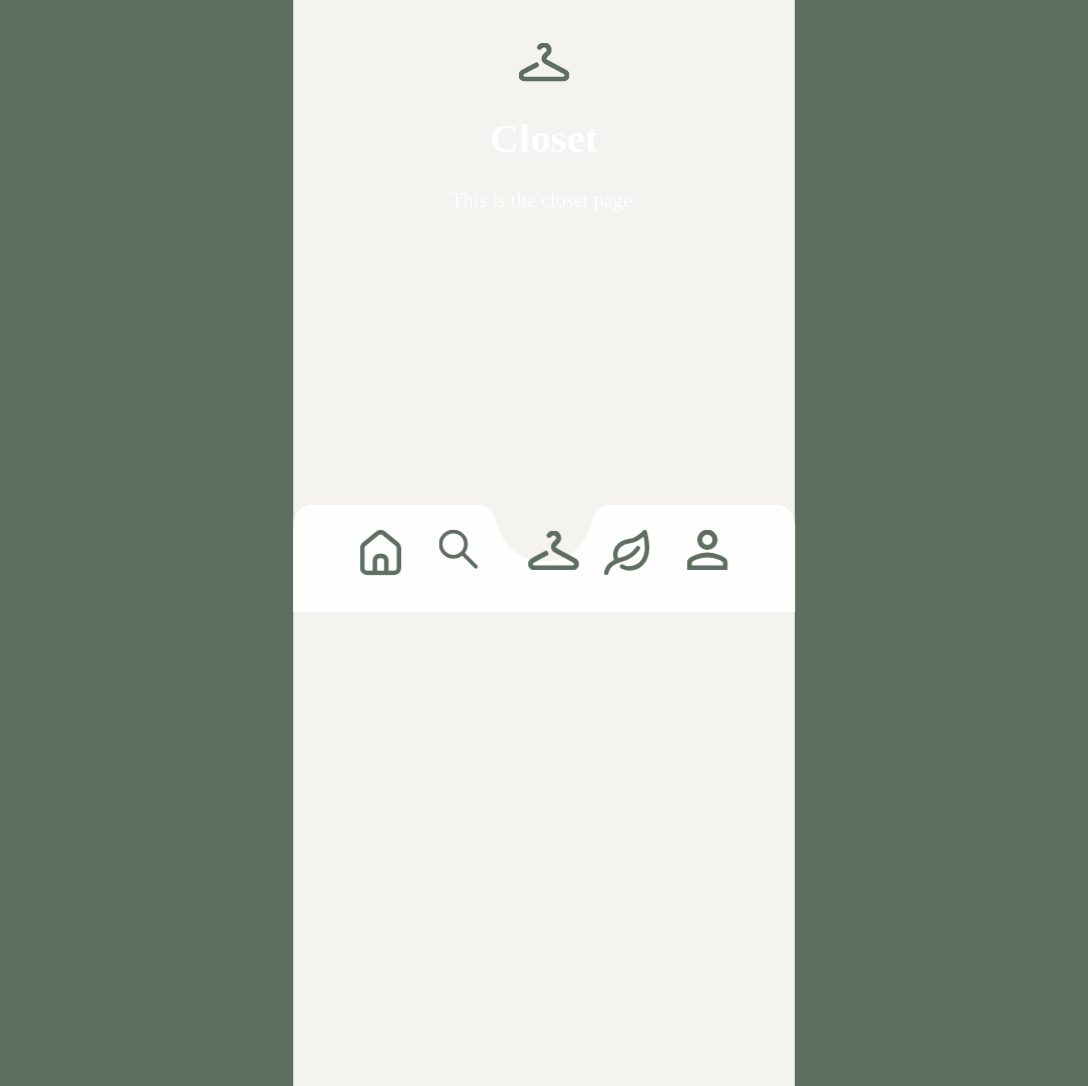
Repository: Strawb3rryjam/app-slotion
Page: /closet
An editor plug-in stored every save of this project. The page is shown before and after the next save, followed by the edit.
The browser window is 1280 px wide. The pictures show the whole page, at 85% of full size.
The project was rebuilt for these pictures with package versions that can differ from the ones it lists, and the page was loaded fresh each time. Also part of the build but not shown: vite.config.js. Imported but missing from the stored project, and not drawn on this page: src/pages/Home.

Above is the page before, as saved 2025-05-09 02:40:12.

After the next save:
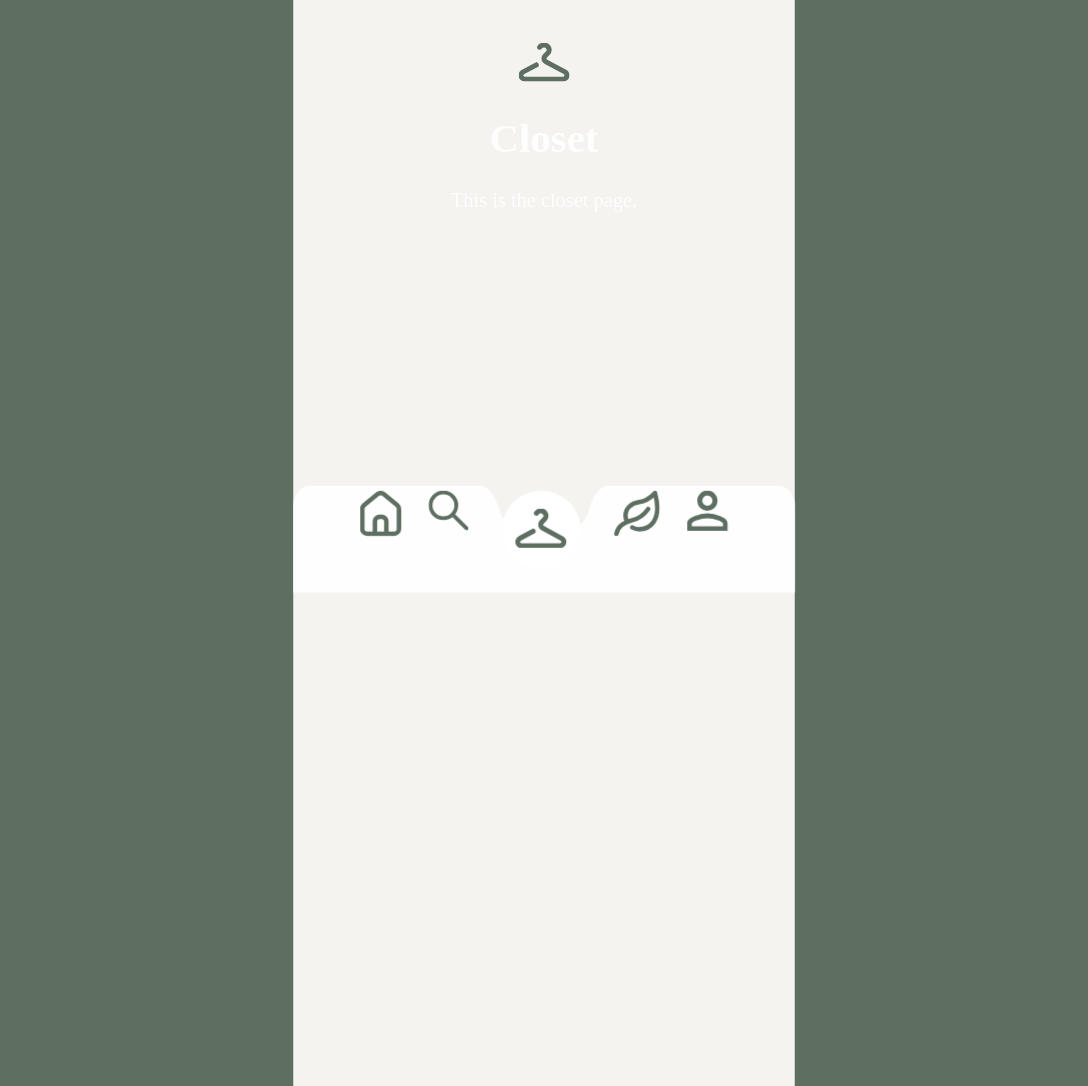
Saved 6 s later.
--- a/src/components/NavBar.jsx
+++ b/src/components/NavBar.jsx
@@ -24,7 +24,7 @@ function NavBar() {
                     <img src={searchIcon} alt="Search" className={styles["nav-icon"]} />
                 </Link>
 
-                <div className={styles.Tips}>
+                <div className={styles.Closet}>
                   <ClosetButton></ClosetButton>
                 </div>
 
